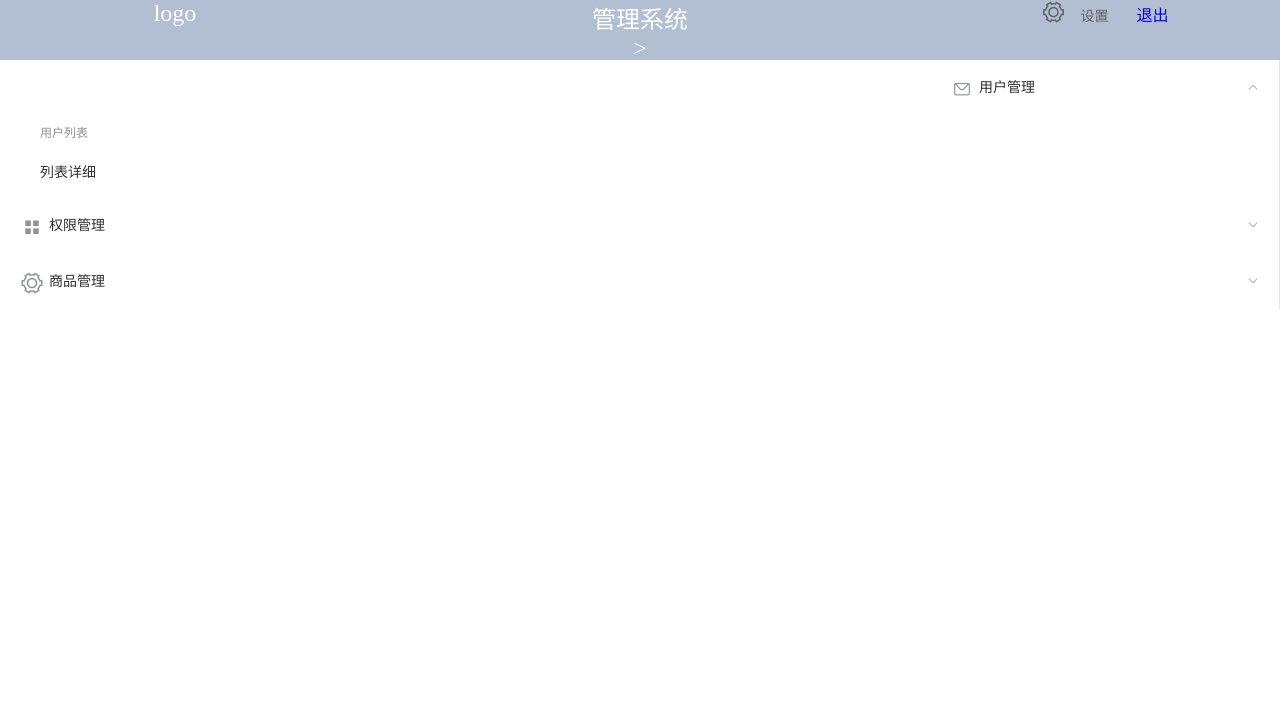
Repository: euphor1azzy/testlist
Page: / (app in list/)
These files come from the project's save history. The page is drawn as it stood at one moment and after the next save; the edit follows.
The browser window is 1280 px wide. The pictures show the whole page.
The project was rebuilt for these pictures with package versions that can differ from the ones it lists, and the page was loaded fresh each time. Also part of the build but not shown: list/src/views/login/login.vue, list/src/components/users/users.vue.

Above is the page before, as saved 2020-08-25 15:51:09.

### list/src/main.js
// 引入组件
import Vue from 'vue'
import ElementUI from 'element-ui';
import App from './App.vue'
import router from './router'
import MyHttpServer from './plugins/http'
Vue.use(router);


// 引入css文件
import './assets/css/reset.css'
import 'element-ui/lib/theme-chalk/index.css';


//使用插件
Vue.use(ElementUI)
Vue.use(MyHttpServer)
Vue.config.productionTip = false


new Vue({
    el: '#app',
    router,
    render: h => h(App)
}).$mount('#app')

### list/src/App.vue
<template>
  <div id="app" >

    <router-view></router-view>
  </div>
</template>

<script>

</script>

<style>
#app{

  height:100vh
}
</style>

### list/src/router/index.js
import Vue from 'vue'
import Router from 'vue-router'
import Home from '../views/home.vue'
import Login from '../views/login/login.vue'
import Users from '../components/users/users.vue'



Vue.use(Router);



export default new Router({
    routes: [{
            path: '/',
            name: 'Home',
            component: Home,
            children: [{
                name: 'Users',
                path: 'users',
                component: Users
            }]

        },
        {
            name: 'Login',
            path: '/login',
            component: Login
        }
    ]
});

### list/src/plugins/http.js
//将axios改为插件
import axios from 'axios'
const MyHttpServer = {}


MyHttpServer.install = (Vue) => {
    axios.defaults.baseURL = 'http://localhost:8888/api/private/v1/'

    // 添加实例方法
    Vue.prototype.$http = axios

}

export default MyHttpServer

### list/src/assets/css/reset.css
/*! minireset.css v0.0.2 | MIT License | github.com/jgthms/minireset.css */

html,
body,
p,
ol,
ul,
li,
dl,
dt,
dd,
blockquote,
figure,
fieldset,
legend,
textarea,
pre,
iframe,
hr,
h1,
h2,
h3,
h4,
h5,
h6 {
    /* height: 100%; */
    margin: 0;
    padding: 0;
}

h1,
h2,
h3,
h4,
h5,
h6 {
    font-size: 100%;
    font-weight: normal;
}

ul {
    list-style: none;
}

button,
input,
select,
textarea {
    margin: 0;
}

html {
    box-sizing: border-box;
}

* {
    box-sizing: inherit;
}

*:before,
*:after {
    box-sizing: inherit;
}

img,
embed,
object,
audio,
video {
    height: auto;
    max-width: 100%;
}

iframe {
    border: 0;
}

table {
    border-collapse: collapse;
    border-spacing: 0;
}

td,
th {
    padding: 0;
    text-align: left;
}

### list/src/views/home.vue
<template>
<div>
   <el-header class="nav">
    <el-row>
      <el-col :span="6">
        <div class='logo'>logo</div>
      </el-col>
      <el-col :span="12">
        <h2>管理系统</h2>>
      </el-col>
      <el-col :span="6">
        <div class="grid-content bg-purple">
          <el-dropdown>
            <i class="el-icon-setting" style="margin-right: 15px"></i><span>设置</span>
            <el-dropdown-menu slot="dropdown">
              <el-dropdown-item>查看</el-dropdown-item>
              <el-dropdown-item>新增</el-dropdown-item>
              <el-dropdown-item>删除</el-dropdown-item>
            </el-dropdown-menu>
          </el-dropdown>

          <router-link to="/login" style=" padding-left:28px;font-size:16px;text-decoration:none">退出</router-link>
        </div>

      </el-col>
    </el-row>
  </el-header>

         <el-menu  :default-openeds="['1']" :unique-opened="true">
          <el-submenu index="1">
            <template slot="title">
              <i class="el-icon-message"></i>用户管理 </template>
            <el-menu-item-group>
              <template slot="title">用户列表</template>
              <el-menu-item index="1-1">列表详细</el-menu-item>

            </el-menu-item-group>


          </el-submenu>

          <el-submenu index="2">
            <template slot="title">
              <i class="el-icon-menu"></i>权限管理
            </template>
            <el-menu-item-group>
              <template slot="title">分组一</template>
              <el-menu-item index="2-1">选项1</el-menu-item>
              <el-menu-item index="2-2">选项2</el-menu-item>
            </el-menu-item-group>
            <el-menu-item-group title="分组2">
              <el-menu-item index="2-3">选项3</el-menu-item>
            </el-menu-item-group>

          </el-submenu>


          <el-submenu index="3">
            <template slot="title">
              <i class="el-icon-setting"></i>商品管理
            </template>
            <el-menu-item-group>
              <template slot="title">分组一</template>
              <el-menu-item index="3-1">选项1</el-menu-item>
              <el-menu-item index="3-2">选项2</el-menu-item>
            </el-menu-item-group>

          </el-submenu>
        </el-menu>

     </div>
</template>

<script>
export default {

}
</script>

<style>
.header{
   text-align: center;
  font-size: 24px;
background-color: #b3c0d1;
}
.container{
  height:100%;
}
.aside{
background-color: #d3dce6;
}
.main{
  background-color: #e9eef3;
  height: 100%;

}
.nav {
  padding: 10px;
  text-align: center;
  font-size: 24px;
  width: 100%;
  color: #fff;
  background-color: #b2bfd2;
}
.el-icon-setting::before {
  font-size: 24px;
}
</style>

### list/src/components/common/appnav.vue
<template>
  <el-header class="nav">
    <el-dropdown>
      <i class="el-icon-setting" style="margin-right: 15px"></i>
      <el-dropdown-menu slot="dropdown">
        <el-dropdown-item>查看</el-dropdown-item>
        <el-dropdown-item>新增</el-dropdown-item>
        <el-dropdown-item>删除</el-dropdown-item>
      </el-dropdown-menu>
    </el-dropdown>
    <span>USER</span>
    <router-link to="/login" style="padding-left:16px;font-size:16px"
      >退出</router-link
    >
  </el-header>
</template>

<script>
export default {
  name: "AppNav",
};
</script>

<style scoped>

.nav {
  padding: 10px;
  text-align: right;
  font-size: 24px;
  width: 100%;
  color: #fff;
  background-color: #b2bfd2;
}
.el-icon-setting::before {
  font-size: 24px;
}
</style>

### list/src/components/common/appslider.vue
<template>
   <!-- <el-container style="height: 100%; border: 1px solid #eee"> -->
      <el-aside width="200px" style="background-color: rgb(238, 241, 246)">
        <el-menu :default-openeds="['1', '3']">
          <el-submenu index="1">
            <template slot="title">
              <i class="el-icon-message"></i>用户管理
            </template>
            <el-menu-item-group>
              <template slot="title">分组一</template>
              <el-menu-item index="1-1">用户列表</el-menu-item>
              <el-menu-item index="1-2">用户设置</el-menu-item>
            </el-menu-item-group>
            <el-menu-item-group title="分组2">
              <el-menu-item index="1-3">选项3</el-menu-item>
            </el-menu-item-group>
            <el-submenu index="1-4">
              <template slot="title">选项4</template>
              <el-menu-item index="1-4-1">选项4-1</el-menu-item>
            </el-submenu>
          </el-submenu>
          <el-submenu index="2">
            <template slot="title">
              <i class="el-icon-menu"></i>导航二
            </template>
            <el-menu-item-group>
              <template slot="title">分组一</template>
              <el-menu-item index="2-1">选项1</el-menu-item>
              <el-menu-item index="2-2">选项2</el-menu-item>
            </el-menu-item-group>
            <el-menu-item-group title="分组2">
              <el-menu-item index="2-3">选项3</el-menu-item>
            </el-menu-item-group>
            <el-submenu index="2-4">
              <template slot="title">选项4</template>
              <el-menu-item index="2-4-1">选项4-1</el-menu-item>
            </el-submenu>
          </el-submenu>
          <el-submenu index="3">
            <template slot="title">
              <i class="el-icon-setting"></i>导航三
            </template>
            <el-menu-item-group>
              <template slot="title">分组一</template>
              <el-menu-item index="3-1">选项1</el-menu-item>
              <el-menu-item index="3-2">选项2</el-menu-item>
            </el-menu-item-group>
            <el-menu-item-group title="分组2">
              <el-menu-item index="3-3">选项3</el-menu-item>
            </el-menu-item-group>
            <el-submenu index="3-4">
              <template slot="title">选项4</template>
              <el-menu-item index="3-4-1">选项4-1</el-menu-item>
            </el-submenu>
          </el-submenu>
        </el-menu>
      </el-aside>
   <!-- </el-container> -->
</template>

<script>
export default {

}
</script>

<style>

</style>

Loaded but not shown: list/public/index.html (common file)

After the next save:
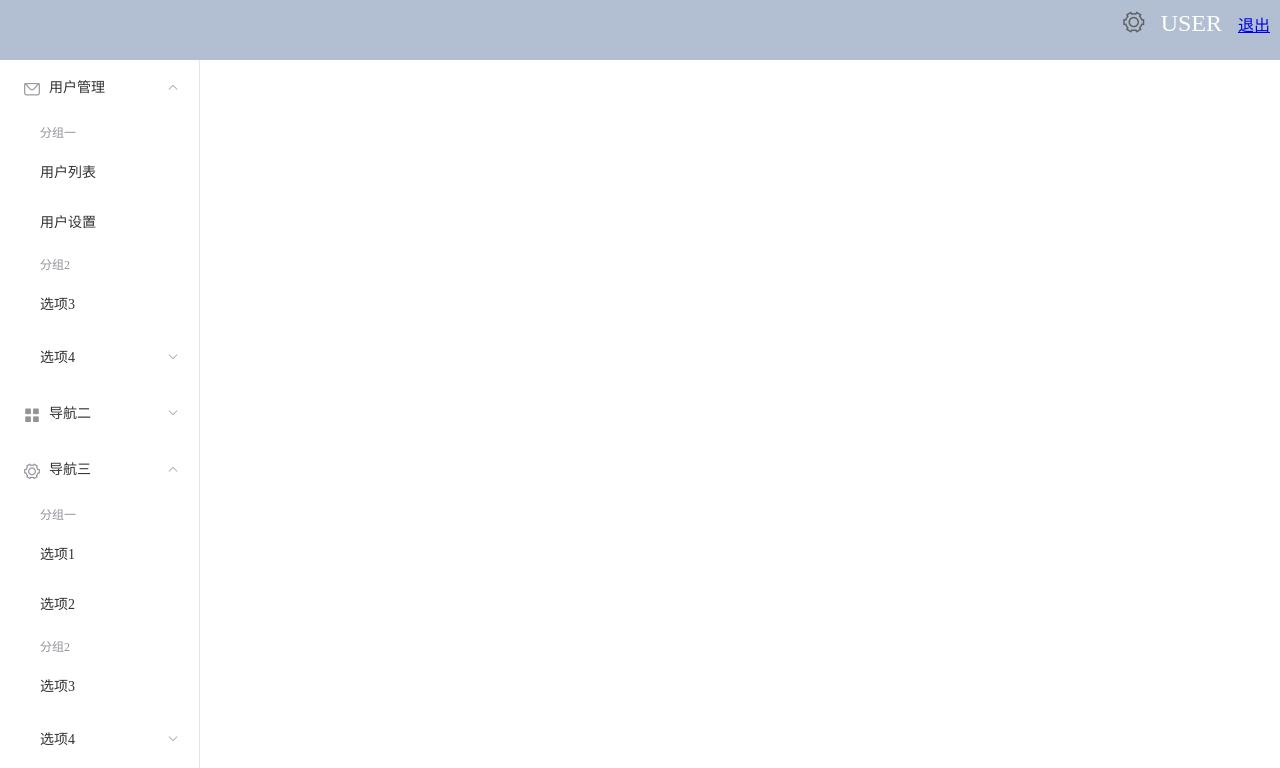
Saved 3 min 26 s later.
--- a/list/src/views/home.vue
+++ b/list/src/views/home.vue
@@ -1,108 +1,42 @@
 <template>
-<div>
-   <el-header class="nav">
-    <el-row>
-      <el-col :span="6">
-        <div class='logo'>logo</div>
-      </el-col>
-      <el-col :span="12">
-        <h2>管理系统</h2>>
-      </el-col>
-      <el-col :span="6">
-        <div class="grid-content bg-purple">
-          <el-dropdown>
-            <i class="el-icon-setting" style="margin-right: 15px"></i><span>设置</span>
-            <el-dropdown-menu slot="dropdown">
-              <el-dropdown-item>查看</el-dropdown-item>
-              <el-dropdown-item>新增</el-dropdown-item>
-              <el-dropdown-item>删除</el-dropdown-item>
-            </el-dropdown-menu>
-          </el-dropdown>
+  <!-- 侧边栏 -->
+  <div class="con">
+    <v-appnav></v-appnav>
+    <v-appslider></v-appslider>
 
-          <router-link to="/login" style=" padding-left:28px;font-size:16px;text-decoration:none">退出</router-link>
-        </div>
-
-      </el-col>
-    </el-row>
-  </el-header>
-
-         <el-menu  :default-openeds="['1']" :unique-opened="true">
-          <el-submenu index="1">
-            <template slot="title">
-              <i class="el-icon-message"></i>用户管理 </template>
-            <el-menu-item-group>
-              <template slot="title">用户列表</template>
-              <el-menu-item index="1-1">列表详细</el-menu-item>
-
-            </el-menu-item-group>
-
-
-          </el-submenu>
-
-          <el-submenu index="2">
-            <template slot="title">
-              <i class="el-icon-menu"></i>权限管理
-            </template>
-            <el-menu-item-group>
-              <template slot="title">分组一</template>
-              <el-menu-item index="2-1">选项1</el-menu-item>
-              <el-menu-item index="2-2">选项2</el-menu-item>
-            </el-menu-item-group>
-            <el-menu-item-group title="分组2">
-              <el-menu-item index="2-3">选项3</el-menu-item>
-            </el-menu-item-group>
-
-          </el-submenu>
-
-
-          <el-submenu index="3">
-            <template slot="title">
-              <i class="el-icon-setting"></i>商品管理
-            </template>
-            <el-menu-item-group>
-              <template slot="title">分组一</template>
-              <el-menu-item index="3-1">选项1</el-menu-item>
-              <el-menu-item index="3-2">选项2</el-menu-item>
-            </el-menu-item-group>
-
-          </el-submenu>
-        </el-menu>
-
-     </div>
+    <!-- 内容 -->
+   <!-- <v-list></v-list> -->
+   <el-main class="main">
+     <router-view></router-view>
+   </el-main>
+    <router-link></router-link>
+  </div>
 </template>
 
 <script>
+// 导入组件
+
+import AppNav from "../components/common/appnav";
+import AppSlider from "../components/common/appslider";
+// import List from "../components/list/list";
+
 export default {
-
-}
+  name: "Home",
+  // 注册组件
+  components: {
+    "v-appnav": AppNav,
+    "v-appslider": AppSlider,
+    // "v-list": List,
+  },
+};
 </script>
 
 <style>
-.header{
-   text-align: center;
-  font-size: 24px;
-background-color: #b3c0d1;
-}
-.container{
-  height:100%;
-}
-.aside{
-background-color: #d3dce6;
-}
-.main{
-  background-color: #e9eef3;
+.con {
   height: 100%;
-
-}
-.nav {
-  padding: 10px;
-  text-align: center;
-  font-size: 24px;
-  width: 100%;
-  color: #fff;
-  background-color: #b2bfd2;
-}
-.el-icon-setting::before {
-  font-size: 24px;
+  display: flex;
+  flex: auto;
+  flex-flow: row wrap;
+  justify-content: flex-start;
 }
 </style>
